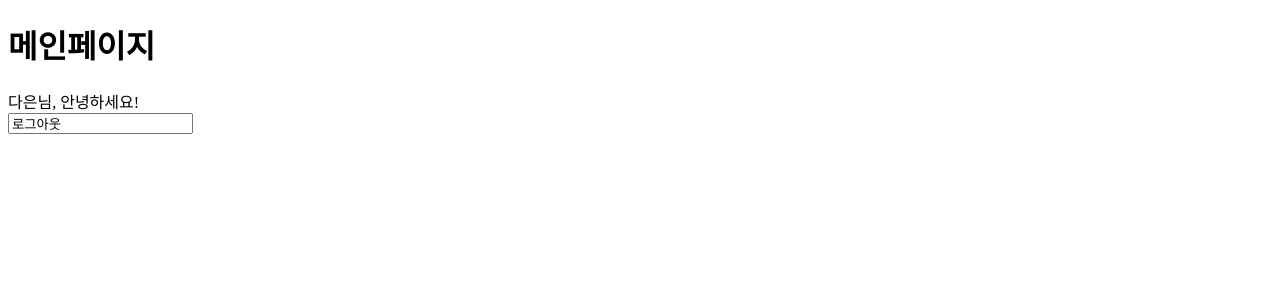
Repository: euniiee/test11
Page: http://localhost/Project/main.jsp
The author's editor kept a copy of each file at every save. The page is drawn from the files as they stood at one save, then again after the next save.
The browser window is 1280 px wide. The pictures show the whole page.
The page is served by Tomcat 9.

Above is the page before, as saved 2023-02-01 02:15:06.

After the next save:
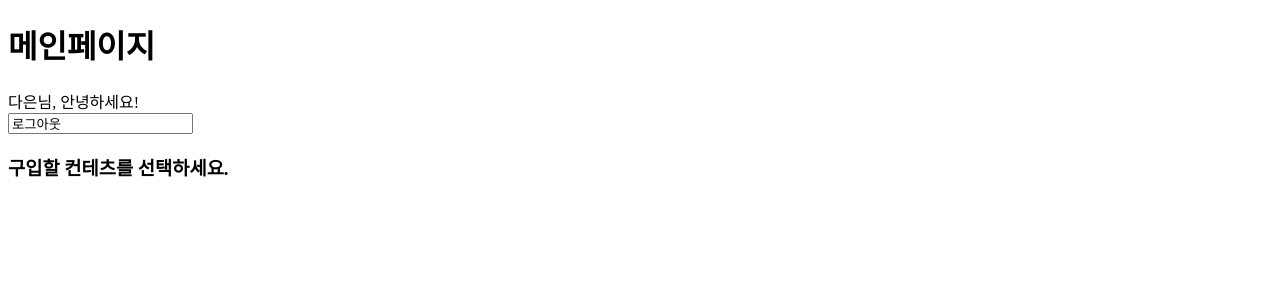
Saved 51 s later.
--- a/Project/WebContent/main.jsp
+++ b/Project/WebContent/main.jsp
@@ -15,6 +15,8 @@
 			<input value="로그아웃">
 		</div>
 	</div>
+	<h3>구입할 컨테츠를 선택하세요.</h3>
+
 </div>
 </body>
 </html>
